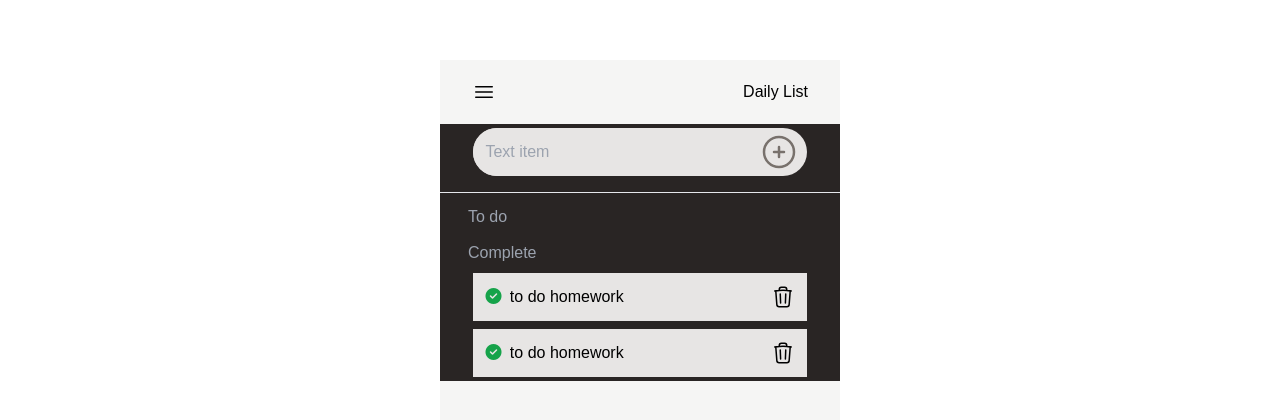
Repository: hsumyatm7308/TodolistbyPHP
Page: http://localhost/
These files come from the project's save history. The page is drawn as it stood at one moment and after a run of saves; the edit follows.
The browser window is 1280 px wide. The pictures show the whole page.
Some web libraries are served in a nearby version. The page is run by PHP 8.4 with error messages shown; the project is at /var/www/html/. Queries for data that is not in the repository find no rows.

Above is the page before, as saved 2023-07-09 22:27:33.

After the next 2 saves:
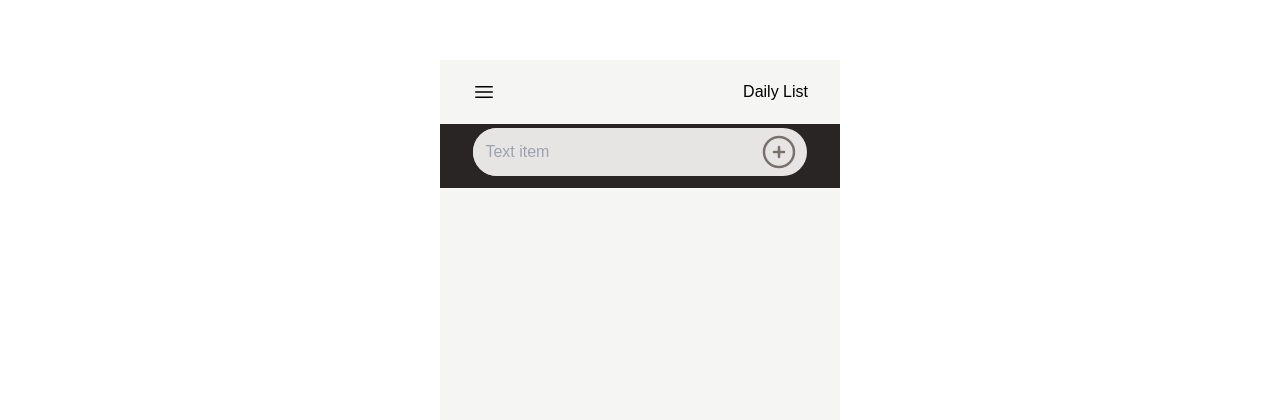
The 2 saves are shown as one change because they came seconds apart.
The last was saved 64 s later.
--- a/index.php
+++ b/index.php
@@ -35,7 +35,7 @@
             </div>
 
 
-            <div class="w-full h-auto bg-stone-800 overflow-y-scroll">
+            <div class="w-full h-16 bg-stone-800 overflow-y-scroll">
 
             <?php
 
